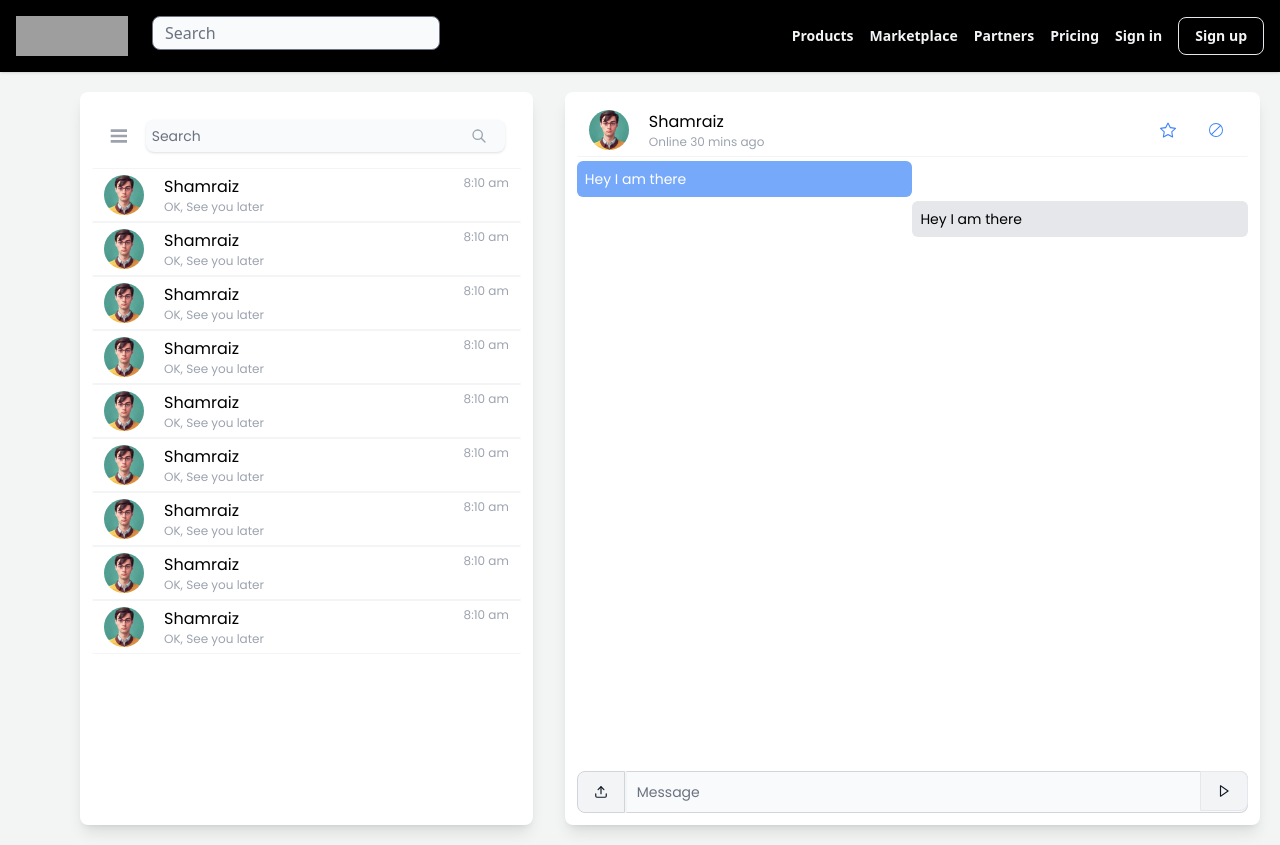
Repository: Shamraiz761/Frontend-Assessment
Page: /chat
The author's editor kept a copy of each file at every save. The page is drawn from the files as they stood at one save, then again after the next save.
The browser window is 1280 px wide. The pictures show the whole page.
Pictures or frames that could not be fetched are drawn as grey boxes. The project was rebuilt for these pictures with package versions that can differ from the ones it lists, and the page was loaded fresh each time. Also part of the build but not shown: vite.config.js, src/routes/index.css, src/routes/root.jsx, src/pages/orders/index.jsx, src/pages/submission/index.jsx, src/pages/admin/index.css, src/components/admin/card.jsx, src/components/admin/addCard.jsx and 4 more. Imported but missing from the stored project, and not drawn on this page: src/pages/auth/login, src/pages/tasks, src/routes/profileLayout.

Above is the page before, as saved 2023-07-06 13:56:59.

### src/main.jsx
import ReactDOM from 'react-dom/client'

import React from 'react'

import App from './App.jsx'
import './index.css'

ReactDOM.createRoot(document.getElementById('root')).render(
  <React.StrictMode>
    <App />
  </React.StrictMode>,
)

### src/App.jsx
import React from 'react'
import { DndProvider } from 'react-dnd'
import { HTML5Backend } from 'react-dnd-html5-backend'
import 'flowbite'

import AppRoutes from './routes'

export default function App() {
  return (
    <DndProvider backend={HTML5Backend}>
      <AppRoutes />
    </DndProvider>
  )
}

### src/index.css
@import url("https://fonts.googleapis.com/css2?family=Poppins:wght@400;500;600;700;800;900&display=swap");

@tailwind base;
@tailwind components;
@tailwind utilities;

* {
  margin: 0;
  padding: 0;
}

body {
  margin: 0;
  font-family: "Poppins", -apple-system, BlinkMacSystemFont, "Segoe UI",
    "Roboto", "Oxygen", "Ubuntu", "Cantarell", "Fira Sans", "Droid Sans",
    "Helvetica Neue", sans-serif;
  -webkit-font-smoothing: antialiased;
  -moz-osx-font-smoothing: grayscale;
  width: 100vw;
  overflow-x: hidden;
  background-color: #f2f5f3;
  /* background: linear-gradient(180deg, #faefe8 0%, #edc7ac 100%); */
}

code {
  font-family: source-code-pro, Menlo, Monaco, Consolas, "Courier New",
    monospace;
}

.pointer-cursor {
  cursor: pointer;
}

.cusBorder {
  border: 1px solid #000;
  border-radius: 5px;
}

img {
  cursor: pointer;
}
.errors {
  color: #dc3545;
  padding: 0;
  margin: 0;
  font-size: 12px;
}
.loader {
  position: fixed;
  top: 0;
  bottom: 0;
  left: 0;
  right: 0;
  background-color: rgba(47, 151, 161, 0.32);

  display: flex;
  justify-content: center;
  align-items: center;
}

.link {
  color: #000;
  cursor: pointer;
  text-decoration: none;
}
.link:hover {
  color: #000;
}

.trans-btn {
  background-color: transparent;
  border: none;
}
.profile-logout-btn {
  border: 0;
}
.profile-logout-btn:hover {
  border: 0;
}
.profile-btn {
  border-radius: 0;
  border: 0;
}
.logout-btn {
  border-radius: 0;
  border: 0;
}
.logout-btn:hover {
  background-color: rgba(220, 53, 69, 0.5);
  border: 0;
  color: #fff;
}
.breadcrumbs ul {
  list-style: none;
  display: inline-block;
}

.breadcrumbs ul li {
  display: inline;
}

.breadcrumbs ul li .bc-link {
  /* display: block; */
  width: max-content;
  background-color: #f8f9fa;
  padding: 6px 15px 6px 25px;
  text-align: center;
  position: relative;
  margin: 0 10px 0 0;
  font-size: 15px;
  text-decoration: none;
  color: #000;
}
.breadcrumbs ul li .bc-link::after {
  content: "";
  border-top: 17px solid transparent;
  border-bottom: 17px solid transparent;
  border-left: 17px solid #f8f9fa;
  position: absolute;
  top: 0;
  right: -17px;
  z-index: 1;
}
.breadcrumbs ul li .bc-link::before {
  content: "";
  border-top: 17px solid transparent;
  border-bottom: 17px solid transparent;
  border-left: 17px solid #71cdd5;
  position: absolute;
  top: 0;
  left: 0;
}
.breadcrumbs ul li:first-child .bc-link {
  border-top-left-radius: 5px;
  border-bottom-left-radius: 5px;
}
.breadcrumbs ul li:first-child .bc-link::before {
  display: none;
}

.breadcrumbs ul li:last-child .bc-link {
  padding-right: 20px;
  border-top-right-radius: 5px;
  border-bottom-right-radius: 5px;
}
.breadcrumbs ul li:last-child .bc-link::after {
  display: none;
}

@media screen and (max-width: 500px) {
  .breadcrumbs ul li .bc-link {
    /* display: block; */
    padding: 2px 2px 2px 13px;
    /* margin: 0 10px 0 0; */
    font-size: 14px;
  }

  .breadcrumbs ul li .bc-link::after {
    content: "";
    border-top: 11.6px solid transparent;
    border-bottom: 11.6px solid transparent;
    border-left: 11.6px solid #f8f9fa;
    position: absolute;
    top: 0;
    right: -11.6px;
    z-index: 1;
  }
  .breadcrumbs ul li .bc-link::before {
    content: "";
    border-top: 11.6px solid transparent;
    border-bottom: 11.6px solid transparent;
    border-left: 11.6px solid #71cdd5;
    position: absolute;
    top: 0;
    left: 0;
  }
  .breadcrumbs ul li:last-child .bc-link {
    padding-right: 5px;
  }
}

@media screen and (max-width: 350px) {
  .breadcrumbs ul li .bc-link {
    /* display: block; */
    padding: 2px 2px 2px 12px;
    /* margin: 0 10px 0 0; */
    font-size: 10px;
  }

  .breadcrumbs ul li .bc-link::after {
    content: "";
    border-top: 9px solid transparent;
    border-bottom: 9px solid transparent;
    border-left: 9px solid #f8f9fa;
    position: absolute;
    top: 0;
    right: -9px;
    z-index: 1;
  }
  .breadcrumbs ul li .bc-link::before {
    content: "";
    border-top: 9px solid transparent;
    border-bottom: 9px solid transparent;
    border-left: 9px solid #edc7ac;
    position: absolute;
    top: 0;
    left: 0;
  }
  .breadcrumbs ul li:last-child .bc-link {
    padding-right: 5px;
  }
}

/* ********************************************** */

### src/routes/index.jsx
import {
  createBrowserRouter,
  createRoutesFromElements,
  RouterProvider,
  Route,
} from "react-router-dom";

import * as React from "react";

import Layout from "./layout";
import Root from "./root";

import Login from "../pages/auth/login";
import Chat from "../pages/chat";
import UserChat from "../components/chat/userChat";
import ProfileLayout from "./profileLayout";
import Tasks from "../pages/tasks";
import Orders from "../pages/orders";
import Submission from "../pages/submission";
import Admin from "../pages/admin";
import MarketPlace from "../pages/marketplace";
import View from "../pages/view";

export default function AppRoutes() {
  const router = createBrowserRouter(
    createRoutesFromElements(
      <Route>
        <Route path="/login" element={<Login />} />

        <Route element={<Layout />}>
          <Route path="/chat" element={<Chat />}>
            <Route path="userchat" element={<UserChat />} />
          </Route>
          <Route path="/marketplace" element={<MarketPlace />} />
          <Route path="/view" element={<View />} />

          <Route path={"/"} element={<ProfileLayout />}>
            {/* Add Task order payment submit route here */}
            <Route path="/admin" element={<Admin />} />
            <Route path="/" element={<Tasks />} />
            <Route path="/orders" element={<Orders />} />
            <Route path="/tasks" element={<Tasks />} />
            <Route path="/submission" element={<Submission />} />
          </Route>
        </Route>
      </Route>
    )
  );

  return <RouterProvider router={router} />;
}

### src/routes/layout.jsx
import { Link, Outlet, useLocation, useNavigate } from "react-router-dom";
import { Gi3DGlasses } from "react-icons/gi";
import { CgProfile } from "react-icons/cg";
import { BsArrowLeft, BsFillChatSquareTextFill } from "react-icons/bs";
import { MdOutlineDashboard, MdOutlineCastForEducation } from "react-icons/md";
import "./index.css";

import React, { useState } from "react";
import Header from "../components/header/index";

export default function Layout() {
  const [open, setOpen] = useState(false);
  const [type, setType] = useState(false);
  const navigate = useNavigate();

  const { pathname } = useLocation();

  const sc =
    "rounded-md text-xs flex items-center gap-x-4 cursor-pointer bg-gray-50 text-blue-500 py-4 p-2";
  const uc =
    "rounded-md text-gray-500  text-xs flex items-center gap-x-4 cursor-pointer hover:bg-gray-50 hover:text-blue-500 py-4 p-2";

  return (
    <div>
      <Header />

      <div className={`${open ? "ml-56" : "ml-[60px]"}`}>
        <Outlet />
      </div>
    </div>
  );
}

### src/pages/chat/index.jsx
import { VscThreeBars } from "react-icons/vsc";

import React from "react";

import UserChat from "../../components/chat/userChat";
import ChatsCard from "../../components/chat/chatsCard";

function Chat() {
  return (
    <div className="m-5 grid grid-cols-1 md:grid-cols-5  gap-8 flex-wrap">
      <div className="col-span-1 md:col-span-2 p-3 bg-white rounded-lg shadow-lg min-h-screen">
        <form className="m-4">
          <div className="flex items-center">
            <VscThreeBars className=" mr-4   rounded-lg text-gray-400 cursor-pointer text-2xl" />
            <div className="relative w-full  ">
              <input
                type="search"
                id='location-search"'
                className=" p-1.5 w-full focus:ring-gray-300  z-20 text-sm text-gray-200 bg-gray-50 shadow rounded-lg"
                placeholder="Search"
                required
                style={{ border: "none", outline: "none" }}
              />

              <button
                type="submit"
                className="absolute top-0 right-0 p-1.5 text-sm font-medium text-gray-400  rounded-r-lg   "
              >
                <svg
                  aria-hidden="true"
                  className="w-4 h-4 mr-3 mt-0.5"
                  fill="none"
                  stroke="currentColor"
                  viewBox="0 0 24 24"
                  xmlns="http://www.w3.org/2000/svg"
                >
                  <path
                    strokeLinecap="round"
                    strokeLinejoin="round"
                    strokeWidth={2}
                    d="M21 21l-6-6m2-5a7 7 0 11-14 0 7 7 0 0114 0z"
                  />
                </svg>
                <span className="sr-only">Search</span>
              </button>
            </div>
          </div>
        </form>
        <ChatsCard />
        <ChatsCard />
        <ChatsCard />
        <ChatsCard />
        <ChatsCard />
        <ChatsCard />
        <ChatsCard />
        <ChatsCard />
        <ChatsCard />
      </div>

      <UserChat />
    </div>
  );
}

export default Chat;

### src/components/chat/userChat.jsx
import { VscCircleSlash } from "react-icons/vsc";
import { BsStar } from "react-icons/bs";
import { FiUpload } from "react-icons/fi";
import { BiRightArrow } from "react-icons/bi";

import React from "react";

import Profile from "../../assets/images/profilePic.jpg";

function UserChat() {
  return (
    <div className="col-span-1 md:col-span-3 p-3  bg-white rounded-lg shadow-lg overflow-y">
      {" "}
      <div className="flex flex-row  px-3 py-1.5  border-b border-gray-100 rounded-sm ">
        <img src={Profile} className="h-10 w-10 rounded-full" />
        <div className="ml-5 flex flex-row justify-between w-full ">
          <div>
            {" "}
            <h1>Shamraiz</h1>{" "}
            <p className="text-xs font-thin text-gray-400">
              Online 30 mins ago
            </p>
          </div>
          <div className="flex flex-row items-center">
            <BsStar className="text-blue-500 mr-8" />
            <VscCircleSlash className="text-blue-500 mr-3" />
          </div>
        </div>
      </div>
      <div className="chats ">
        <p className="text-sm bg-blue-400 rounded-md my-1 p-2 text-white flex flex-col  justify-end w-1/2">
          Hey I am there
        </p>

        <p className="text-sm bg-gray-200 rounded-md p-2  flex flex-col float-right justify-end w-1/2">
          Hey I am there
        </p>
      </div>
      <div
        className="flex flex-col w-full  justify-end "
        style={{ height: "80vh" }}
      >
        <form className=" ">
          <div className="flex">
            <button
              id="dropdown-button"
              data-dropdown-toggle="dropdown"
              className="flex-shrink-0 z-10 inline-flex items-center py-2.5 px-4 text-sm font-medium text-center text-gray-900 bg-gray-100 border border-gray-300 dark:border-gray-700 dark:text-white rounded-l-lg hover:bg-gray-200  focus:outline-none "
              type="button"
            >
              <FiUpload />
            </button>
            <div
              id="dropdown"
              className="z-10 hidden bg-white divide-y divide-gray-100 rounded-lg shadow w-44 dark:bg-gray-700"
            >
              <ul
                className="py-2 text-sm text-gray-700 dark:text-gray-200"
                aria-labelledby="dropdown-button"
              >
                <li>
                  <a
                    href="#"
                    className="block px-4 py-2 hover:bg-gray-100 dark:hover:bg-gray-600 dark:hover:text-white"
                  >
                    Photo
                  </a>
                </li>
                <li>
                  <a
                    href="#"
                    className="block px-4 py-2 hover:bg-gray-100 dark:hover:bg-gray-600 dark:hover:text-white"
                  >
                    Vedio
                  </a>
                </li>
                <li>
                  <a
                    href="#"
                    className="block px-4 py-2 hover:bg-gray-100 dark:hover:bg-gray-600 dark:hover:text-white"
                  >
                    Document
                  </a>
                </li>
                <li>
                  <a
                    href="#"
                    className="block px-4 py-2 hover:bg-gray-100 dark:hover:bg-gray-600 dark:hover:text-white"
                  >
                    Finance
                  </a>
                </li>
              </ul>
            </div>
            <div className="relative w-full">
              <input
                type="search"
                id="search-dropdown"
                className="block p-2.5 w-full z-20 text-sm text-gray-900 bg-gray-50 rounded-r-lg border-l-gray-100 border-l-2 border border-gray-300 focus:ring-blue-500 focus:border-blue-500 dark:bg-gray-700 dark:border-gray-600 dark:placeholder-gray-400 dark:text-white dark:focus:border-blue-500"
                placeholder="Message"
              />
              <button
                type="submit"
                className="absolute top-0 right-0 z-10 py-3 px-4 text-sm font-medium text-gray-900 bg-gray-100 rounded-r-lg border "
              >
                <BiRightArrow />
              </button>
            </div>
          </div>
        </form>
      </div>
    </div>
  );
}

export default UserChat;

### src/components/header/index.jsx
import { IoIosNotifications } from "react-icons/io";
import { Dropdown } from "flowbite-react";
import { CgProfile } from "react-icons/cg";

import React from "react";
import { Link } from "react-router-dom";

function Header() {
  const [notification, setNotification] = React.useState(false);
  const [profile, setProfile] = React.useState(false);

  return (
    <div>
      {/* component */}

      <div class="bg-gray-100 font-sans w-full  m-0">
        <div class="bg-black text-white shadow">
          <div class="container mx-auto px-4">
            <div class="flex items-center justify-between py-4">
              <div className="flex flex-row justify-between">
                <img
                  src="https://envoycan.com/wp-content/uploads/2023/06/Asset-31@4x-e1686576126889.png"
                  class="w-28 h-10 text-white mr-4"
                />

                <div className="hidden sm:block flex-shrink flex-grow-0 justify-start px-2">
                  <div className="inline-block">
                    <div className="inline-flex items-center max-w-full">
                      <input
                        className="flex items-center text-gray-400 bg-slate-50 justify-between  flex-grow-0  relative w-72 border rounded-lg  py-1"
                        type="search"
                        placeholder="Search"
                      />

                      <div className="flex items-center justify-center relative  h-8 w-24 rounded-full"></div>
                    </div>
                  </div>
                </div>
              </div>

              <div className="flex flex-row">
                <div class="hidden sm:flex sm:items-center mr-4">
                  <a
                    href="#"
                    class="text-gray-100 text-sm font-semibold hover:text-purple-600 mr-4"
                  >
                    Products
                  </a>
                  <a
                    href="#"
                    class="text-gray-100 text-sm font-semibold hover:text-purple-600 mr-4"
                  >
                    Marketplace
                  </a>
                  <a
                    href="#"
                    class="text-gray-100 text-sm font-semibold hover:text-purple-600 mr-4"
                  >
                    Partners
                  </a>
                  <a
                    href="#"
                    class="text-gray-100 text-sm font-semibold hover:text-purple-600"
                  >
                    Pricing
                  </a>
                </div>

                <div class="hidden sm:flex sm:items-center">
                  <a
                    href="#"
                    class="text-gray-100 text-sm font-semibold hover:text-purple-600 mr-4"
                  >
                    Sign in
                  </a>
                  <a
                    href="#"
                    class="text-gray-100 text-sm font-semibold border px-4 py-2 rounded-lg hover:text-purple-600 hover:border-purple-600"
                  >
                    Sign up
                  </a>
                </div>
              </div>
              <div class="sm:hidden cursor-pointer">
                <svg
                  xmlns="http://www.w3.org/2000/svg"
                  class="w-6 h-6 text-purple-600"
                  viewBox="0 0 24 24"
                >
                  <path
                    fill="currentColor"
                    d="M12.9499909,17 C12.7183558,18.1411202 11.709479,19 10.5,19 C9.29052104,19 8.28164422,18.1411202 8.05000906,17 L3.5,17 C3.22385763,17 3,16.7761424 3,16.5 C3,16.2238576 3.22385763,16 3.5,16 L8.05000906,16 C8.28164422,14.8588798 9.29052104,14 10.5,14 C11.709479,14 12.7183558,14.8588798 12.9499909,16 L20.5,16 C20.7761424,16 21,16.2238576 21,16.5 C21,16.7761424 20.7761424,17 20.5,17 L12.9499909,17 Z M18.9499909,12 C18.7183558,13.1411202 17.709479,14 16.5,14 C15.290521,14 14.2816442,13.1411202 14.0500091,12 L3.5,12 C3.22385763,12 3,11.7761424 3,11.5 C3,11.2238576 3.22385763,11 3.5,11 L14.0500091,11 C14.2816442,9.85887984 15.290521,9 16.5,9 C17.709479,9 18.7183558,9.85887984 18.9499909,11 L20.5,11 C20.7761424,11 21,11.2238576 21,11.5 C21,11.7761424 20.7761424,12 20.5,12 L18.9499909,12 Z M9.94999094,7 C9.71835578,8.14112016 8.70947896,9 7.5,9 C6.29052104,9 5.28164422,8.14112016 5.05000906,7 L3.5,7 C3.22385763,7 3,6.77614237 3,6.5 C3,6.22385763 3.22385763,6 3.5,6 L5.05000906,6 C5.28164422,4.85887984 6.29052104,4 7.5,4 C8.70947896,4 9.71835578,4.85887984 9.94999094,6 L20.5,6 C20.7761424,6 21,6.22385763 21,6.5 C21,6.77614237 20.7761424,7 20.5,7 L9.94999094,7 Z M7.5,8 C8.32842712,8 9,7.32842712 9,6.5 C9,5.67157288 8.32842712,5 7.5,5 C6.67157288,5 6,5.67157288 6,6.5 C6,7.32842712 6.67157288,8 7.5,8 Z M16.5,13 C17.3284271,13 18,12.3284271 18,11.5 C18,10.6715729 17.3284271,10 16.5,10 C15.6715729,10 15,10.6715729 15,11.5 C15,12.3284271 15.6715729,13 16.5,13 Z M10.5,18 C11.3284271,18 12,17.3284271 12,16.5 C12,15.6715729 11.3284271,15 10.5,15 C9.67157288,15 9,15.6715729 9,16.5 C9,17.3284271 9.67157288,18 10.5,18 Z"
                  />
                </svg>
              </div>
            </div>

            <div class="block sm:hidden bg-white border-t-2 py-2">
              <div class="flex flex-col">
                <a
                  href="#"
                  class="text-gray-100 text-sm font-semibold hover:text-purple-600 mb-1"
                >
                  Products
                </a>
                <a
                  href="#"
                  class="text-gray-100 text-sm font-semibold hover:text-purple-600 mb-1"
                >
                  Marketplace
                </a>
                <a
                  href="#"
                  class="text-gray-100 text-sm font-semibold hover:text-purple-600 mb-1"
                >
                  Partners
                </a>
                <a
                  href="#"
                  class="text-gray-100 text-sm font-semibold hover:text-purple-600 mb-1"
                >
                  Pricing
                </a>
                <div class="flex justify-between items-center border-t-2 pt-2">
                  <a
                    href="#"
                    class="text-gray-100 text-sm font-semibold hover:text-purple-600 mr-4"
                  >
                    Sign in
                  </a>
                  <a
                    href="#"
                    class="text-gray-100 text-sm font-semibold border px-4 py-1 rounded-lg hover:text-purple-600 hover:border-purple-600"
                  >
                    Sign up
                  </a>
                </div>
              </div>
            </div>
          </div>
        </div>
      </div>
    </div>
  );
}

export default Header;

### src/components/chat/chatsCard.jsx
import React from "react";

import Profile from "../../assets/images/profilePic.jpg";

function ChatsCard() {
  return (
    <div className="flex flex-row px-3 py-1.5  border-y border-gray-100 rounded-sm hover:bg-blue-200">
      <img src={Profile} className="h-10 w-10 rounded-full" />
      <div className="ml-5 flex flex-row justify-between w-full ">
        <div>
          {" "}
          <h1>Shamraiz</h1>{" "}
          <p className="text-xs font-thin text-gray-400">OK, See you later</p>
        </div>
        <p className="text-xs font-thin text-gray-400">8:10 am</p>
      </div>
    </div>
  );
}

export default ChatsCard;

### tailwind.config.cjs
const colors = require('tailwindcss/colors');
const defaultTheme = require('tailwindcss/defaultTheme');

module.exports = {
  content: ['./src/**/*.{js,jsx,ts,tsx}', "node_modules/flowbite/**/*.js"],
  theme: {
    extend: {
      colors: {
        // set primary color from figma
        // primary: {
        // },
      },
      fontFamily: {
        poppins: ['Poppins', ...defaultTheme.fontFamily.sans],
      },
      fontSize: {
        xxs: '0.5rem',
      },
    },
  },
  plugins: [
    require('flowbite/plugin')
  ],

};

Loaded but not shown: index.html (common file)

After the next save:
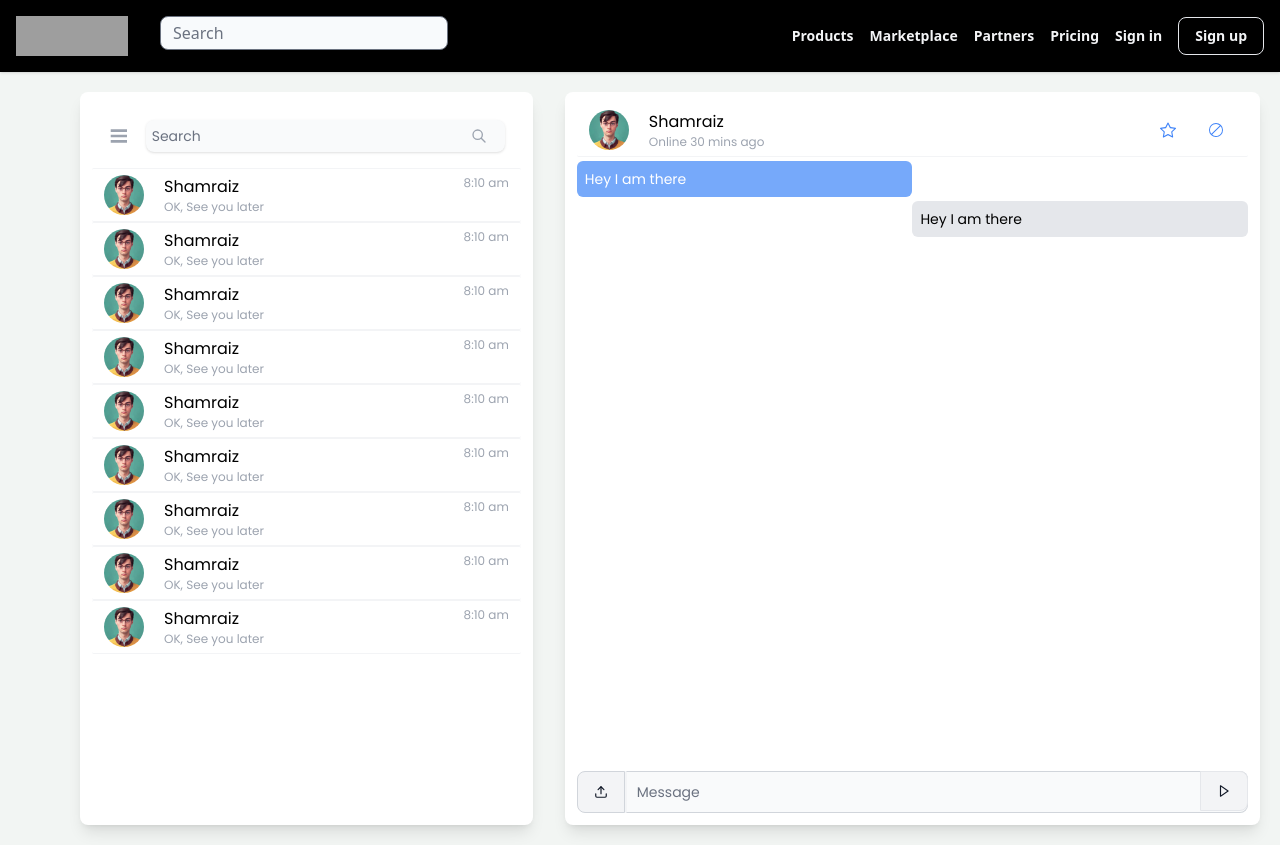
Saved 5 s later.
--- a/src/components/header/index.jsx
+++ b/src/components/header/index.jsx
@@ -20,7 +20,7 @@ function Header() {
               <div className="flex flex-row justify-between">
                 <img
                   src="https://envoycan.com/wp-content/uploads/2023/06/Asset-31@4x-e1686576126889.png"
-                  class="w-28 h-10 text-white mr-4"
+                  class="w-28 h-10 text-white mr-6"
                 />
 
                 <div className="hidden sm:block flex-shrink flex-grow-0 justify-start px-2">
